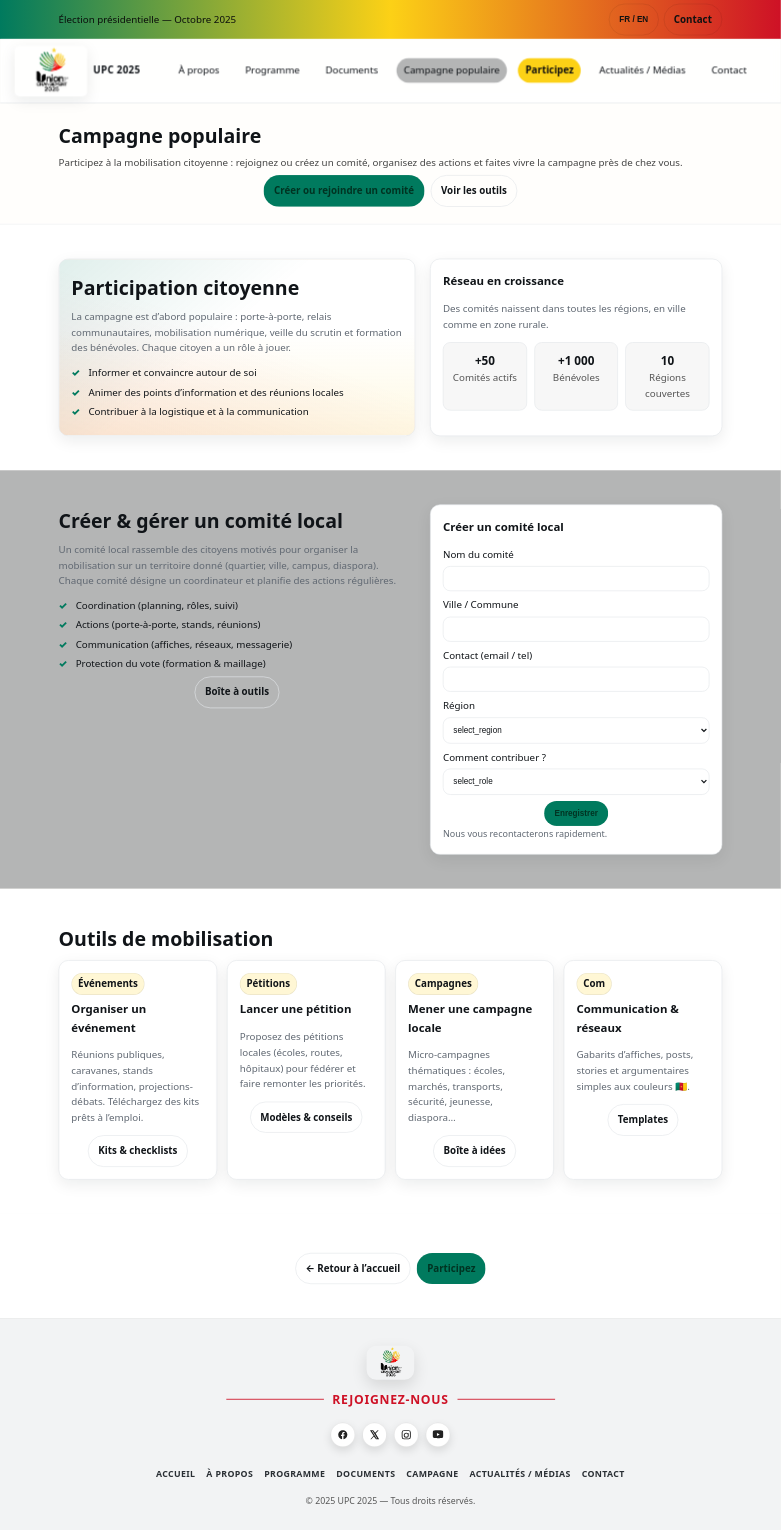
Repository: Kishny/upc2025
Page: campagne-populaire.html
These files come from the project's save history. The page is drawn as it stood at one moment and after the next save; the edit follows.
The browser window is 1280 px wide. The pictures show the whole page, at 61% of full size.

Above is the page before, as saved 2025-09-11 12:13:37.

### campagne-populaire.html
<!DOCTYPE html>
<html lang="fr">
  <head>
    <meta charset="utf-8" />
    <meta name="viewport" content="width=device-width,initial-scale=1" />
    <title>Campagne populaire — UPC 2025</title>
    <meta
      name="description"
      content="Participation citoyenne, comités locaux, formulaire d’inscription et outils de mobilisation : événements, pétitions, campagnes."
    />
    <link rel="preload" href="assets/css/styles.css" as="style" />
    <link rel="stylesheet" href="assets/css/styles.css" />
    <link rel="icon" href="assets/img/logo.png" />
    <meta property="og:title" content="Campagne populaire — UPC 2025" />
    <meta
      property="og:description"
      content="Rejoignez ou créez un comité, organisez des actions et participez à la campagne."
    />
    <meta name="theme-color" content="#007A5E" />
  </head>
  <body>
    <!-- Topbar -->
    <div class="topbar">
      <div class="container">
        <span class="topbar__msg" data-i18n="topbar_msg"
          >Élection présidentielle — Octobre 2025</span
        >
        <div class="topbar__actions">
          <button
            id="langToggle"
            class="btn btn--ghost"
            aria-label="Toggle language"
          >
            FR / EN
          </button>
          <a class="btn btn--ghost" href="contact.html" data-i18n="contact"
            >Contact</a
          >
        </div>
      </div>
    </div>

    <!-- Header -->
    <header class="header">
      <div class="container header__inner">
        <a href="index.html" class="brand">
          <img src="assets/img/logo.png" alt="UPC 2025" class="brand__logo" />
          <span class="brand__title">UPC 2025</span>
        </a>
        <nav id="nav" class="nav" aria-label="Navigation principale">
          <a href="a-propos.html" data-i18n="nav_about">À propos</a>
          <a href="programme.html" data-i18n="nav_program">Programme</a>
          <a href="documents.html" data-i18n="nav_docs">Documents officiels</a>
          <a
            href="campagne-populaire.html"
            class="active"
            data-i18n="nav_campaign"
            >Campagne populaire</a
          >
          <a href="participez.html" class="nav__cta" data-i18n="nav_join"
            >Participez</a
          >
          <a href="actualites-medias.html" data-i18n="nav_news_media"
            >Actualités / Médias</a
          >
          <a href="contact.html" data-i18n="contact">Contact</a>
        </nav>
        <button id="burger" class="burger" aria-label="Menu">
          <span></span><span></span><span></span>
        </button>
      </div>
    </header>

    <!-- En-tête de page -->
    <section class="page-hero">
      <div class="container">
        <h1 data-i18n="camp_title">Campagne populaire</h1>
        <p class="page-hero__lead" data-i18n="camp_lead">
          Participez à la mobilisation citoyenne : rejoignez ou créez un comité,
          organisez des actions et faites vivre la campagne près de chez vous.
        </p>
        <div class="hero__cta">
          <a
            href="#comite"
            class="btn btn--primary"
            data-i18n="camp_cta_committee"
            >Créer ou rejoindre un comité</a
          >
          <a href="#outils" class="btn btn--outline" data-i18n="camp_cta_tools"
            >Voir les outils</a
          >
        </div>
      </div>
    </section>

    <!-- Participation citoyenne -->
    <section class="section">
      <div class="container grid-2">
        <div class="card gradient-cm">
          <h2 data-i18n="camp_participation_title">Participation citoyenne</h2>
          <p data-i18n="camp_participation_text">
            La campagne est d’abord populaire : porte-à-porte, relais
            communautaires, mobilisation numérique, veille du scrutin et
            formation des bénévoles. Chaque citoyen a un rôle à jouer.
          </p>
          <ul class="checklist">
            <li data-i18n="camp_participation_pt1">
              Informer et convaincre autour de soi
            </li>
            <li data-i18n="camp_participation_pt2">
              Animer des points d’information et des réunions locales
            </li>
            <li data-i18n="camp_participation_pt3">
              Contribuer à la logistique et à la communication
            </li>
          </ul>
        </div>
        <div class="card">
          <h3 data-i18n="camp_stats_title">Réseau en croissance</h3>
          <p data-i18n="camp_stats_text">
            Des comités naissent dans toutes les régions, en ville comme en zone
            rurale.
          </p>
          <div class="stats">
            <div class="stat">
              <div class="stat__value">+50</div>
              <div class="stat__label" data-i18n="camp_stat_committees">
                Comités actifs
              </div>
            </div>
            <div class="stat">
              <div class="stat__value">+1 000</div>
              <div class="stat__label" data-i18n="camp_stat_volunteers">
                Bénévoles
              </div>
            </div>
            <div class="stat">
              <div class="stat__value">10</div>
              <div class="stat__label" data-i18n="camp_stat_regions">
                Régions couvertes
              </div>
            </div>
          </div>
        </div>
      </div>
    </section>

    <!-- Création & gestion des comités -->
    <section class="section section--alt" id="comite">
      <div class="container grid-2">
        <div>
          <h2 data-i18n="camp_committee_title">
            Créer & gérer un comité local
          </h2>
          <p data-i18n="camp_committee_text">
            Un comité local rassemble des citoyens motivés pour organiser la
            mobilisation sur un territoire donné (quartier, ville, campus,
            diaspora). Chaque comité désigne un coordinateur et planifie des
            actions régulières.
          </p>
          <ul class="checklist">
            <li data-i18n="camp_committee_pt1">
              Coordination (planning, rôles, suivi)
            </li>
            <li data-i18n="camp_committee_pt2">
              Actions (porte-à-porte, stands, réunions)
            </li>
            <li data-i18n="camp_committee_pt3">
              Communication (affiches, réseaux, messagerie)
            </li>
            <li data-i18n="camp_committee_pt4">
              Protection du vote (formation & maillage)
            </li>
          </ul>
          <div class="hero__cta">
            <a
              href="#outils"
              class="btn btn--outline"
              data-i18n="camp_btn_tools"
              >Boîte à outils</a
            >
          </div>
        </div>

        <!-- Formulaire (branché sur wireFormDemo('form-committee', ...)) -->
        <form id="form-committee" class="card" novalidate>
          <h3 data-i18n="committee_title">Créer un comité local</h3>
          <label>
            <span data-i18n="field_committee">Nom du comité</span>
            <input type="text" name="committee" required />
          </label>
          <label>
            <span data-i18n="field_city">Ville / Commune</span>
            <input type="text" name="city" required />
          </label>
          <label>
            <span data-i18n="field_contact">Contact (email / tel)</span>
            <input type="text" name="contact" required />
          </label>
          <label>
            <span data-i18n="field_region">Région</span>
            <select name="region" required>
              <option value="" selected disabled data-i18n="select_region">
                — Sélectionner —
              </option>
              <option>Adamaoua</option>
              <option>Centre</option>
              <option>Est</option>
              <option>Extrême-Nord</option>
              <option>Littoral</option>
              <option>Nord</option>
              <option>Nord-Ouest</option>
              <option>Ouest</option>
              <option>Sud</option>
              <option>Sud-Ouest</option>
              <option>Diaspora</option>
            </select>
          </label>
          <label>
            <span data-i18n="field_role">Comment contribuer ?</span>
            <select name="role" required>
              <option value="" selected disabled data-i18n="select_role">
                — Choisir —
              </option>
              <option data-i18n="opt_mobilize">Mobilisation</option>
              <option data-i18n="opt_comms">Communication</option>
              <option data-i18n="opt_vote">Contrôle du vote</option>
              <option data-i18n="opt_donor">Donateur</option>
              <option data-i18n="opt_influencer">Influence</option>
            </select>
          </label>

          <div class="form__alert" hidden></div>
          <div class="hero__cta">
            <button
              class="btn btn--primary"
              type="submit"
              data-i18n="btn_register"
            >
              Enregistrer
            </button>
          </div>
          <small class="form__small" data-i18n="committee_note"
            >Nous vous recontacterons rapidement.</small
          >
        </form>
      </div>
    </section>

    <!-- Outils de mobilisation -->
    <section class="section" id="outils">
      <div class="container">
        <h2 data-i18n="camp_tools_title">Outils de mobilisation</h2>

        <div class="tools-grid">
          <!-- Événements -->
          <article class="card">
            <div class="badge">Événements</div>
            <h3 data-i18n="camp_tool_events_title">Organiser un événement</h3>
            <p data-i18n="camp_tool_events_text">
              Réunions publiques, caravanes, stands d’information,
              projections-débats. Téléchargez des kits prêts à l’emploi.
            </p>
            <div class="hero__cta">
              <a
                href="#"
                class="btn btn--outline"
                data-i18n="camp_tool_events_btn"
                >Kits & checklists</a
              >
            </div>
          </article>

          <!-- Pétitions -->
          <article class="card">
            <div class="badge">Pétitions</div>
            <h3 data-i18n="camp_tool_petitions_title">Lancer une pétition</h3>
            <p data-i18n="camp_tool_petitions_text">
              Proposez des pétitions locales (écoles, routes, hôpitaux) pour
              fédérer et faire remonter les priorités.
            </p>
            <div class="hero__cta">
              <a
                href="#"
                class="btn btn--outline"
                data-i18n="camp_tool_petitions_btn"
                >Modèles & conseils</a
              >
            </div>
          </article>

          <!-- Campagnes locales -->
          <article class="card">
            <div class="badge">Campagnes</div>
            <h3 data-i18n="camp_tool_local_title">Mener une campagne locale</h3>
            <p data-i18n="camp_tool_local_text">
              Micro-campagnes thématiques : écoles, marchés, transports,
              sécurité, jeunesse, diaspora…
            </p>
            <div class="hero__cta">
              <a
                href="#"
                class="btn btn--outline"
                data-i18n="camp_tool_local_btn"
                >Boîte à idées</a
              >
            </div>
          </article>

          <!-- Communication -->
          <article class="card">
            <div class="badge">Com</div>
            <h3 data-i18n="camp_tool_com_title">Communication & réseaux</h3>
            <p data-i18n="camp_tool_com_text">
              Gabarits d’affiches, posts, stories et argumentaires simples aux
              couleurs 🇨🇲.
            </p>
            <div class="hero__cta">
              <a href="#" class="btn btn--outline" data-i18n="camp_tool_com_btn"
                >Templates</a
              >
            </div>
          </article>
        </div>
      </div>
    </section>

    <!-- Navigation -->
    <section class="section">
      <div class="container hero__cta">
        <a href="index.html" class="btn btn--outline" data-i18n="back_home"
          >← Retour à l’accueil</a
        >
        <a
          href="participez.html"
          class="btn btn--primary"
          <span
          data-i18n="nav_join"
          >Participez span> →</a
        >
      </div>
    </section>

    <!-- Footer -->
    <footer class="footer footer--clean">
      <div class="container footer__wrap">
        <!-- Logo -->
        <img src="assets/img/logo.png" alt="UPC 2025" class="footer__logo" />

        <!-- Titre + lignes -->
        <div class="footer__titleline">
          <span class="footer__line"></span>
          <h3 class="footer__title">REJOIGNEZ-NOUS</h3>
          <span class="footer__line"></span>
        </div>

        <!-- Réseaux -->
        <ul class="footer__socials">
          <li>
            <a class="sbtn" href="#" aria-label="Facebook" title="Facebook">
              <!-- FB SVG -->
              <svg
                viewBox="0 0 24 24"
                width="18"
                height="18"
                fill="currentColor"
                aria-hidden="true"
              >
                <path
                  d="M22 12.06C22 6.49 17.52 2 12 2S2 6.49 2 12.06c0 5.02 3.66 9.18 8.44 9.94v-7.03H8.08v-2.9h2.36V9.41c0-2.33 1.39-3.61 3.52-3.61.99 0 2.02.18 2.02.18v2.23h-1.14c-1.12 0-1.47.7-1.47 1.42v1.71h2.5l-.4 2.9h-2.1V22c4.78-.76 8.44-4.92 8.44-9.94z"
                />
              </svg>
            </a>
          </li>
          <li>
            <a class="sbtn" href="#" aria-label="X / Twitter" title="X">
              <!-- X SVG -->
              <svg
                viewBox="0 0 24 24"
                width="18"
                height="18"
                fill="currentColor"
                aria-hidden="true"
              >
                <path
                  d="M18.9 2H21l-6.47 7.39L22 22h-6.86l-4.69-6.12L4.9 22H3l6.92-7.91L2 2h6.97l4.27 5.73L18.9 2zm-2.41 18h1.35L7.63 4H6.2l10.29 16z"
                />
              </svg>
            </a>
          </li>
          <li>
            <a class="sbtn" href="#" aria-label="Instagram" title="Instagram">
              <!-- IG SVG -->
              <svg
                viewBox="0 0 24 24"
                width="18"
                height="18"
                fill="currentColor"
                aria-hidden="true"
              >
                <path
                  d="M7 2h10a5 5 0 0 1 5 5v10a5 5 0 0 1-5 5H7a5 5 0 0 1-5-5V7a5 5 0 0 1 5-5zm0 2a3 3 0 0 0-3 3v10a3 3 0 0 0 3 3h10a3 3 0 0 0 3-3V7a3 3 0 0 0-3-3H7zm5 3.5a5.5 5.5 0 1 1 0 11 5.5 5.5 0 0 1 0-11zm0 2a3.5 3.5 0 1 0 0 7 3.5 3.5 0 0 0 0-7zm5.25-.75a1 1 0 1 1 0 2 1 1 0 0 1 0-2z"
                />
              </svg>
            </a>
          </li>
          <li>
            <a class="sbtn" href="#" aria-label="YouTube" title="YouTube">
              <!-- YT SVG -->
              <svg
                viewBox="0 0 24 24"
                width="18"
                height="18"
                fill="currentColor"
                aria-hidden="true"
              >
                <path
                  d="M23.5 6.2s-.23-1.64-.94-2.35c-.9-.94-1.9-.95-2.36-1C16.5 2.5 12 2.5 12 2.5h0s-4.5 0-8.2.35c-.46.06-1.46.06-2.36 1C.73 4.55.5 6.2.5 6.2S.25 8.1.25 10v1.99c0 1.9.25 3.8.25 3.8s.23 1.64.94 2.35c.9.94 2.09.91 2.62 1.02C6.14 19.4 12 19.5 12 19.5s4.5 0 8.2-.35c.46-.06 1.46-.06 2.36-1 .71-.71.94-2.35.94-2.35s.25-1.9.25-3.8V10c0-1.9-.25-3.8-.25-3.8zM9.75 15.02V7.98l6.01 3.52-6.01 3.52z"
                />
              </svg>
            </a>
          </li>
        </ul>

        <!-- Navigation -->
        <nav class="footer__nav">
          <a href="index.html">Accueil</a>
          <a href="a-propos.html">À propos</a>
          <a href="programme.html">Programme</a>
          <a href="documents-officiels.html">Documents</a>
          <a href="campagne-populaire.html">Campagne</a>
          <a href="actualites-medias.html">Actualités / Médias</a>
          <a href="contact.html">Contact</a>
        </nav>

        <!-- Copyright -->
        <small class="footer__copy">
          © <span id="year"></span> UPC 2025 — Tous droits réservés.
        </small>
      </div>
    </footer>

    <script src="assets/js/app.js" defer></script>
  </body>
</html>

Loaded but not shown: assets/js/app.js (821 lines, source omitted); assets/css/styles.css (924 lines, source omitted)

After the next save:
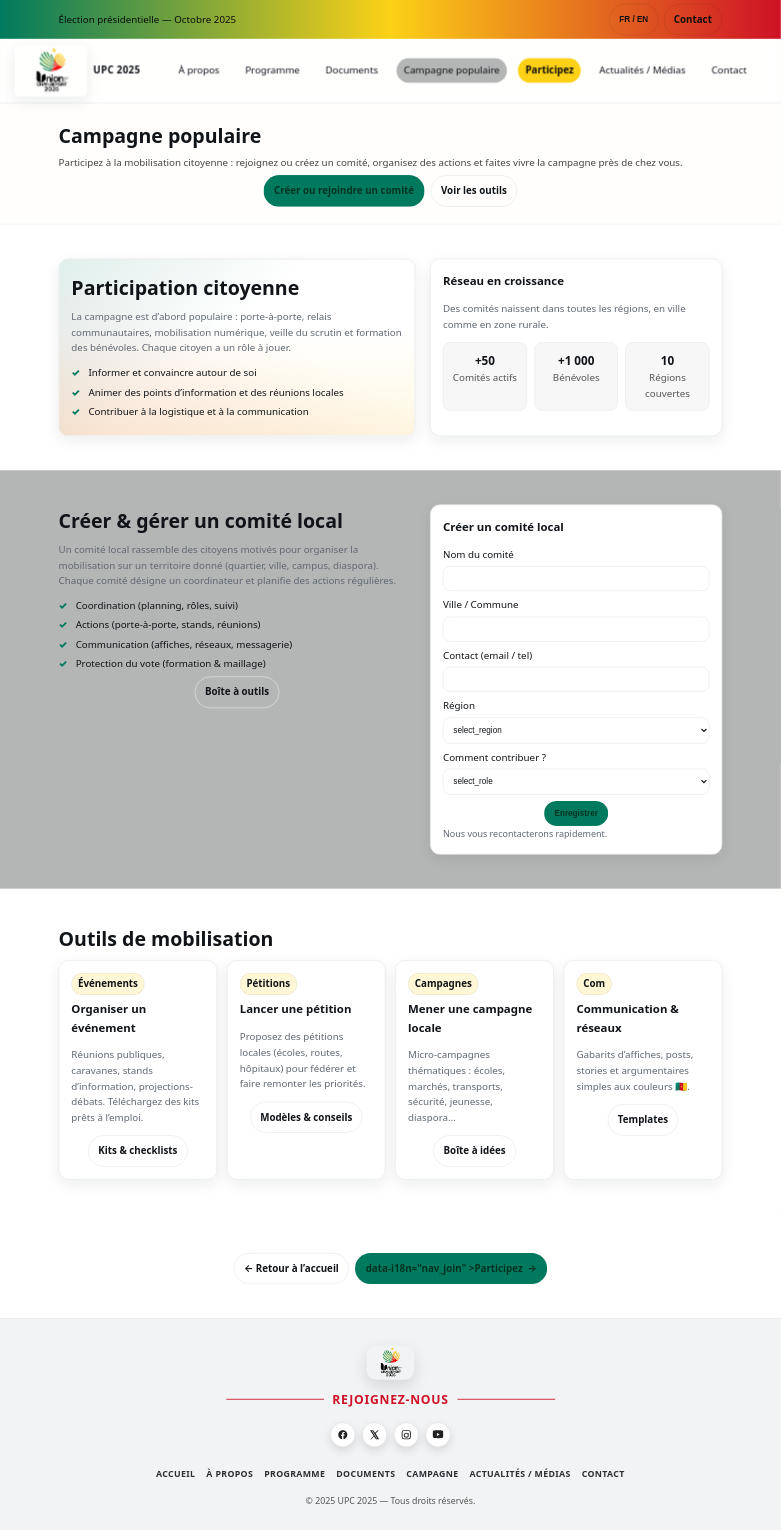
Saved 2 min 37 s later.
--- a/campagne-populaire.html
+++ b/campagne-populaire.html
@@ -331,13 +331,9 @@
         <a href="index.html" class="btn btn--outline" data-i18n="back_home"
           >← Retour à l’accueil</a
         >
-        <a
-          href="participez.html"
-          class="btn btn--primary"
-          <span
-          data-i18n="nav_join"
-          >Participez span> →</a
-        >
+        <a href="participez.html" class="btn btn--primary"
+          ><span> data-i18n="nav_join" >Participez</span> →
+        </a>
       </div>
     </section>
 
